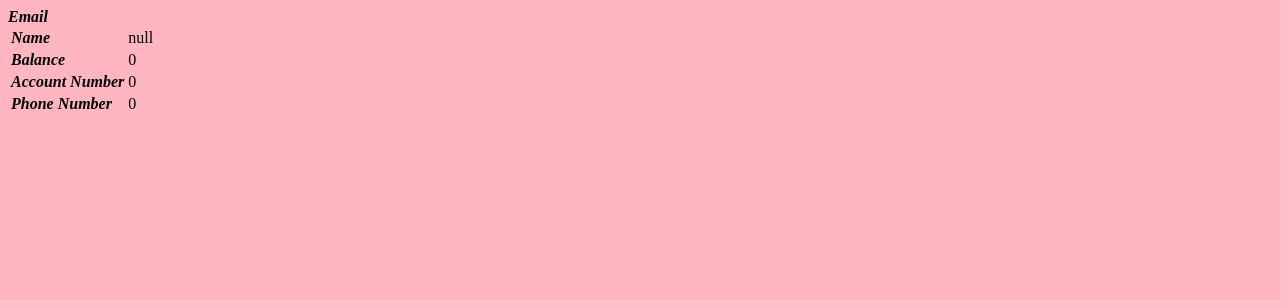
Repository: testGitHub1234cell/Test1
Page: http://localhost/nb/nb/userDetails.jsp
The author's editor kept a copy of each file at every save. The page is drawn from the files as they stood at one save, then again after the next save.
The browser window is 1280 px wide. The pictures show the whole page.
The page is served by Tomcat 9. Other server files are loaded and not shown.

Above is the page before, as saved 2016-12-18 09:58:58.

### nb/nb/userDetails.jsp
<%@ page language="java" contentType="text/html; charset=ISO-8859-1"
    pageEncoding="ISO-8859-1"%>
<!DOCTYPE html PUBLIC "-//W3C//DTD HTML 4.01 Transitional//EN" "http://www.w3.org/TR/html4/loose.dtd">
<html>
<head>
<meta http-equiv="Content-Type" content="text/html; charset=ISO-8859-1">
<title>Insert title here</title>
</head>
<body bgcolor="lightpink">
<jsp:useBean id="CustBean" class="pac.CustomerBean" scope="session"/>
<table>
<tr>
<td><b><i>Name</i></b></td><td><jsp:getProperty  property="custName" name="CustBean" /></td>
</tr>
<tr>
<td><b><i>Balance</i></b></td><td><jsp:getProperty  property="balance" name="CustBean" /></td>
</tr>
<tr>
<td><b><i>Account Number</i></b></td><td><jsp:getProperty  property="accountNo" name="CustBean" /></td>
<tr>
<td><b><i>Phone Number</i></b></td><td><jsp:getProperty  property="phoneNo" name="CustBean" /></td>
</tr>
<tr>
<b><i>Email</i></b>
</tr>
</table>


</body>
</html>

### nb/src/pac/CustomerBean.java
package pac;

public class CustomerBean
{
	private String custName;
	private String custAddress;
	private long phoneNo;
	private String email;
	private String  accountType;
	private long accountNo;
	private int balance;


	public String getCustName() {
		return custName;
	}
	public void setCustName(String custName) {
		this.custName = custName;
	}
	public String getCustAddress() {
		return custAddress;
	}
	public void setCustAddress(String custAddress) {
		this.custAddress = custAddress;
	}
	public long getPhoneNo() {
		return phoneNo;
	}
	public void setPhoneNo(long phoneNo) {
		this.phoneNo = phoneNo;
	}
	public String getEmail() {
		return email;
	}
	public void setEmail(String email) {
		this.email = email;
	}
	public String getAccountType() {
		return accountType;
	}
	public void setAccountType(String accountType) {
		this.accountType = accountType;
	}
	public long getAccountNo() {
		return accountNo;
	}
	public void setAccountNo(long accountNo) {
		this.accountNo = accountNo;
	}
	public int getBalance() {
		return balance;
	}
	public void setBalance(int balance) {
		this.balance = balance;
	}






}

After the next save:
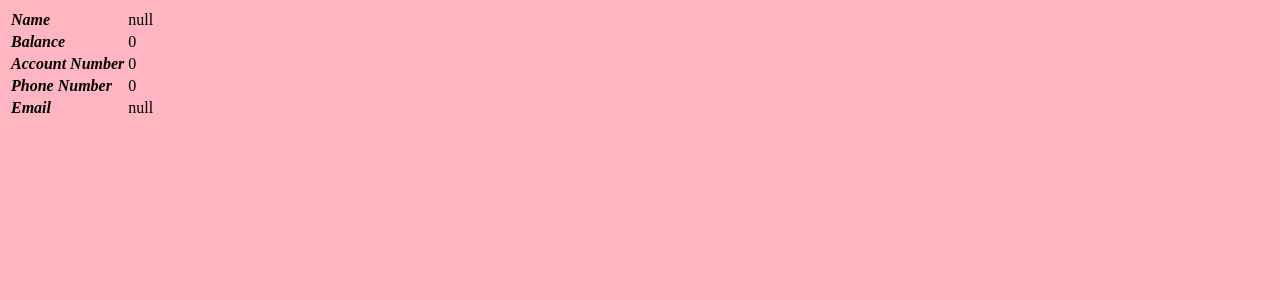
Saved 27 s later.
--- a/nb/nb/userDetails.jsp
+++ b/nb/nb/userDetails.jsp
@@ -21,7 +21,7 @@
 <td><b><i>Phone Number</i></b></td><td><jsp:getProperty  property="phoneNo" name="CustBean" /></td>
 </tr>
 <tr>
-<b><i>Email</i></b>
+<td><b><i>Email</i></b></td><td><jsp:getProperty  property="email" name="CustBean" /></td>
 </tr>
 </table>
 
